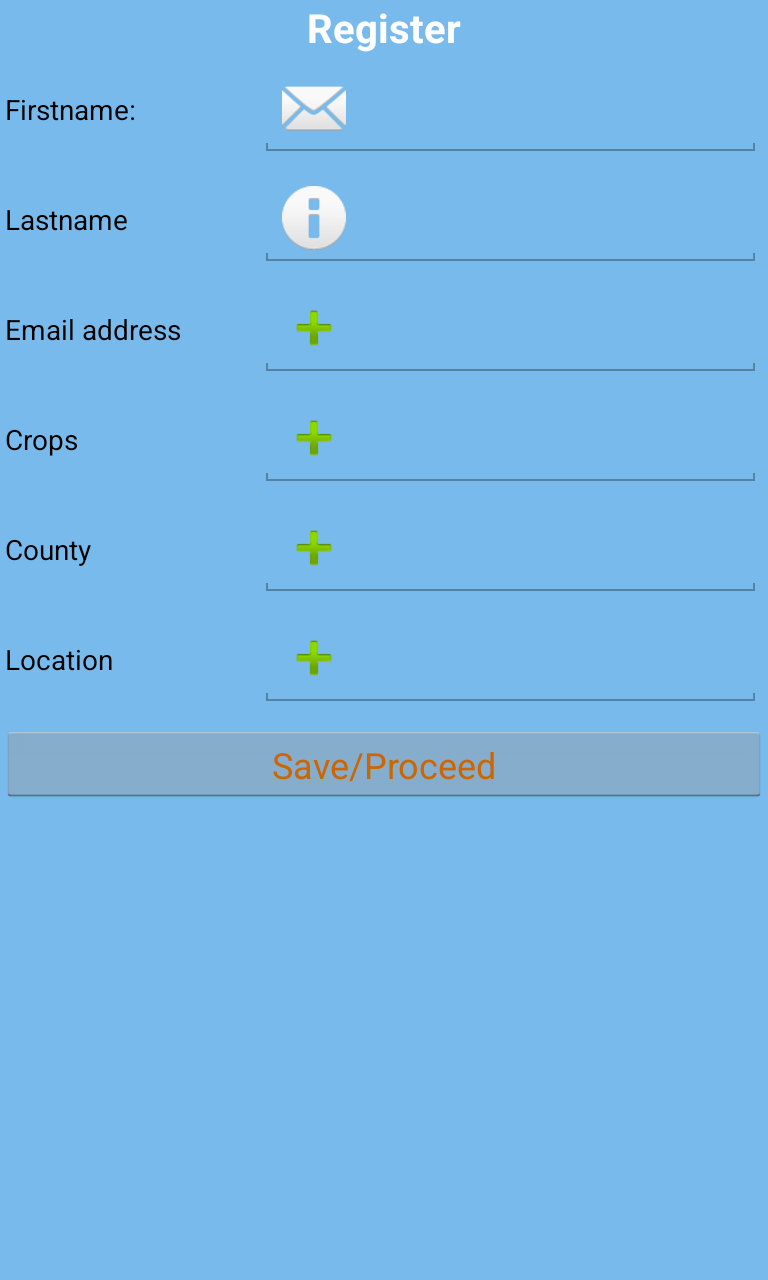
Repository: njiiriJohnii/Android-projects
Layout: Expensetracker/res/layout/register.xml
The author's editor kept a copy of each file at every save. The layout is drawn from the files as they stood at one save, then again after the next save.
It is drawn on a 768 x 1280 px phone screen (xhdpi) without system bars, with theme AppTheme; the app's code is not run.

Above is the layout before, as saved 2014-06-23 16:15:06.

### Expensetracker/res/layout/register.xml
<?xml version="1.0" encoding="utf-8"?>
<LinearLayout xmlns:android="http://schemas.android.com/apk/res/android"
	android:layout_width="fill_parent"
	android:orientation="vertical"
	android:layout_height="fill_parent"
	android:background="#79BAEC"
	android:gravity="center_vertical">
	 <com.bima.ActionBar
        android:id="@+id/actionbar"

        />
			<TextView
			android:layout_width="fill_parent"
			android:layout_height="wrap_content"
			android:text="Register"
			android:textSize="20dp"
			android:textColor="#ffffff"
			android:gravity="center_horizontal"
			android:background="#79BAEC"
			android:textStyle="bold"

		/>
<ScrollView android:id="@+id/ScrollView02"
 android:layout_height="fill_parent"
 android:layout_width="fill_parent"
 android:scrollbars="vertical">
	<LinearLayout
	android:layout_width="fill_parent"
	android:orientation="vertical"
	android:layout_height="fill_parent"
	>

	<TableRow android:id="@+id/row1"
	android:layout_width="fill_parent"
		android:layout_height="50dip"
		android:layout_margin="5px">
		<TextView
		    android:layout_width="fill_parent"
			android:layout_height="fill_parent"
			android:layout_weight="2"
			android:gravity="center_vertical"
			android:text="Firstname:"
			android:textColor="#000000" />

		<EditText
		android:id="@+id/txtidnos"
		android:layout_width="fill_parent"
		android:layout_height="fill_parent"
		android:gravity="center_vertical"
		android:layout_weight="1"
		android:inputType="text"
		android:textColor="#000000"
		android:drawableLeft="@android:drawable/ic_dialog_email"/>
	</TableRow>

	<TableRow
	android:id="@+id/row2"
	android:layout_width="fill_parent"
	android:layout_height="50dip"
	android:layout_margin="5px">
		<TextView
		android:layout_width="fill_parent"
			android:layout_height="fill_parent"
			android:gravity="center_vertical"
			android:text="Lastname"
			android:layout_weight="2"
			android:textColor="#000000" />

		<EditText
		          android:id="@+id/txtfarmno"
		          android:layout_width="fill_parent"
			      android:layout_height="fill_parent"
			      android:gravity="center_vertical"
			      android:layout_weight="1"
				  android:inputType="text"
			      android:drawableLeft="@android:drawable/ic_dialog_info"
			/>
	</TableRow>



	<TableRow
	android:id="@+id/row3"
	android:layout_width="fill_parent"
	android:layout_height="50dip"
	android:layout_margin="5px">
		<TextView
		android:layout_width="fill_parent"
			android:layout_height="fill_parent"
			android:gravity="center_vertical"
			android:text="Email address"
			android:layout_weight="2"
			android:textColor="#000000" />

		<EditText android:id="@+id/txtno_acres"
		android:layout_width="fill_parent"
			android:layout_height="fill_parent"
			android:gravity="center_vertical"
			android:layout_weight="1"
			android:drawableLeft="@android:drawable/ic_input_add"
			/>
	</TableRow>

	<TableRow
	android:id="@+id/row3"
	android:layout_width="fill_parent"
	android:layout_height="50dip"
	android:layout_margin="5px">
		<TextView
		android:layout_width="fill_parent"
			android:layout_height="fill_parent"
			android:gravity="center_vertical"
			android:text="Crops"
			android:layout_weight="2"
			android:textColor="#000000" />

		<EditText android:id="@+id/txtcrops"
		android:layout_width="fill_parent"
			android:layout_height="fill_parent"
			android:gravity="center_vertical"
			android:layout_weight="1"
			android:drawableLeft="@android:drawable/ic_input_add"
			/>
	</TableRow>

	<TableRow
	android:id="@+id/row3"
	android:layout_width="fill_parent"
	android:layout_height="50dip"
	android:layout_margin="5px">
		<TextView
		android:layout_width="fill_parent"
			android:layout_height="fill_parent"
			android:gravity="center_vertical"
			android:text="County"
			android:layout_weight="2"
			android:textColor="#000000" />

		<EditText android:id="@+id/txtfarmcounty"
		android:layout_width="fill_parent"
			android:layout_height="fill_parent"
			android:gravity="center_vertical"
			android:layout_weight="1"
			android:drawableLeft="@android:drawable/ic_input_add"
			/>
	</TableRow>

<TableRow
	android:id="@+id/row3"
	android:layout_width="fill_parent"
	android:layout_height="50dip"
	android:layout_margin="5px">
		<TextView
		android:layout_width="fill_parent"
			android:layout_height="fill_parent"
			android:gravity="center_vertical"
			android:text="Location"
			android:layout_weight="2"
			android:textColor="#000000" />

		<EditText android:id="@+id/txtfarmlocation"
		android:layout_width="fill_parent"
			android:layout_height="fill_parent"
			android:gravity="center_vertical"
			android:layout_weight="1"
			android:drawableLeft="@android:drawable/ic_input_add"
			/>
	</TableRow>
	<TableRow
	android:layout_width="fill_parent"
		android:layout_height="40dip"
		android:gravity="center"
		android:layout_marginTop="10px">

		<Button
		android:text="Save/Proceed"

			android:layout_width="fill_parent"
			android:layout_height="fill_parent"
			android:gravity="center"
			android:onClick = "Save"
			android:textColor="#cc6600"
			>

		</Button>

	</TableRow>

		<TableRow
	android:layout_width="fill_parent"
		android:layout_height="90dip"
		android:gravity="center"
		android:layout_marginTop="10px">


	</TableRow>
</LinearLayout>
</ScrollView>
</LinearLayout>

Loaded but not shown: Expensetracker/res/values/styles.xml (common file); Expensetracker/res/values-v11/styles.xml (common file); Expensetracker/res/values-v14/styles.xml (common file)

After the next save:
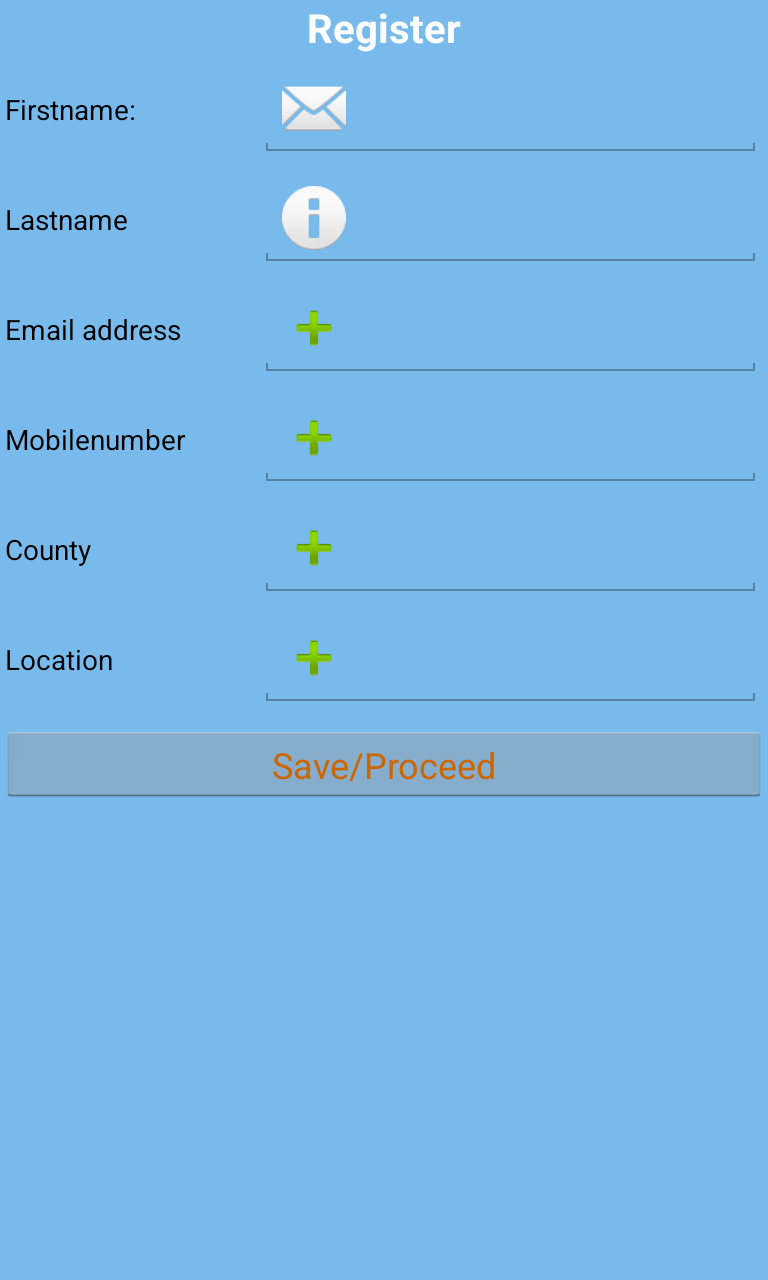
Saved 4 min 27 s later.
--- a/Expensetracker/res/layout/register.xml
+++ b/Expensetracker/res/layout/register.xml
@@ -85,33 +85,34 @@
 	android:layout_height="50dip"
 	android:layout_margin="5px">
 		<TextView
-		android:layout_width="fill_parent"
+		    android:layout_width="fill_parent"
 			android:layout_height="fill_parent"
 			android:gravity="center_vertical"
 			android:text="Email address"
 			android:layout_weight="2"
 			android:textColor="#000000" />
 
-		<EditText android:id="@+id/txtno_acres"
-		android:layout_width="fill_parent"
-			android:layout_height="fill_parent"
-			android:gravity="center_vertical"
-			android:layout_weight="1"
-			android:drawableLeft="@android:drawable/ic_input_add"
-			/>
-	</TableRow>
-
-	<TableRow
-	android:id="@+id/row3"
-	android:layout_width="fill_parent"
-	android:layout_height="50dip"
-	android:layout_margin="5px">
-		<TextView
-		android:layout_width="fill_parent"
-			android:layout_height="fill_parent"
-			android:gravity="center_vertical"
-			android:text="Crops"
-			android:layout_weight="2"
+		<EditText android:id="@+id/edtemail"
+		android:layout_width="fill_parent"
+			android:layout_height="fill_parent"
+			android:gravity="center_vertical"
+			android:layout_weight="1"
+			android:drawableLeft="@android:drawable/ic_input_add"
+			/>
+	</TableRow>
+
+	<TableRow
+	android:id="@+id/row3"
+	android:layout_width="fill_parent"
+	android:layout_height="50dip"
+	android:layout_margin="5px">
+		<TextView
+		android:layout_width="fill_parent"
+			android:layout_height="fill_parent"
+			android:gravity="center_vertical"
+			android:text="Mobilenumber"
+			android:layout_weight="2"
+			android:inputType="number"
 			android:textColor="#000000" />
 
 		<EditText android:id="@+id/txtcrops"
